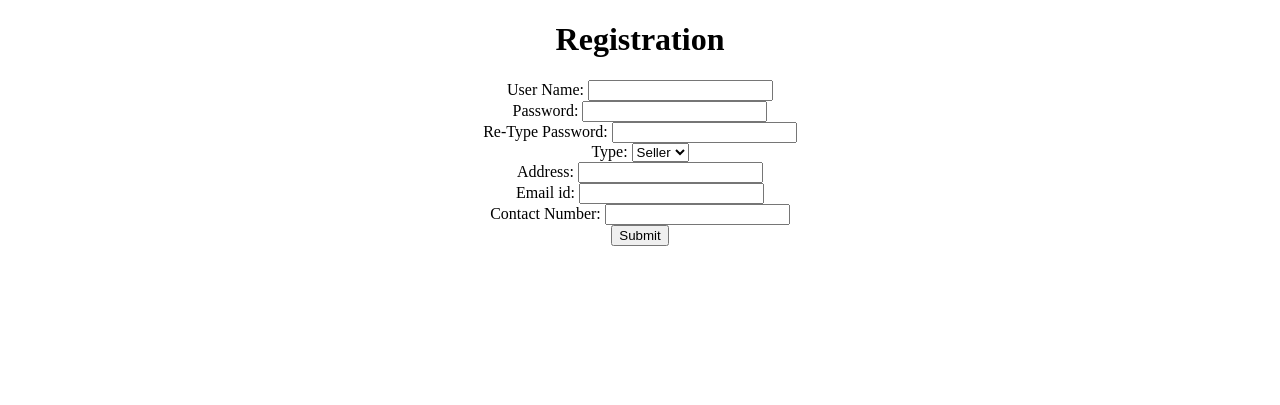
Repository: HariharanMiracle/CodeComplexity
Page: http://localhost/PAF/addProduct.jsp
An editor plug-in stored every save of this project. The page is shown before and after the next save, followed by the edit.
The browser window is 1280 px wide. The pictures show the whole page.
The page is served by Tomcat 9.

Above is the page before, as saved 2019-05-03 22:54:22.

After the next save:
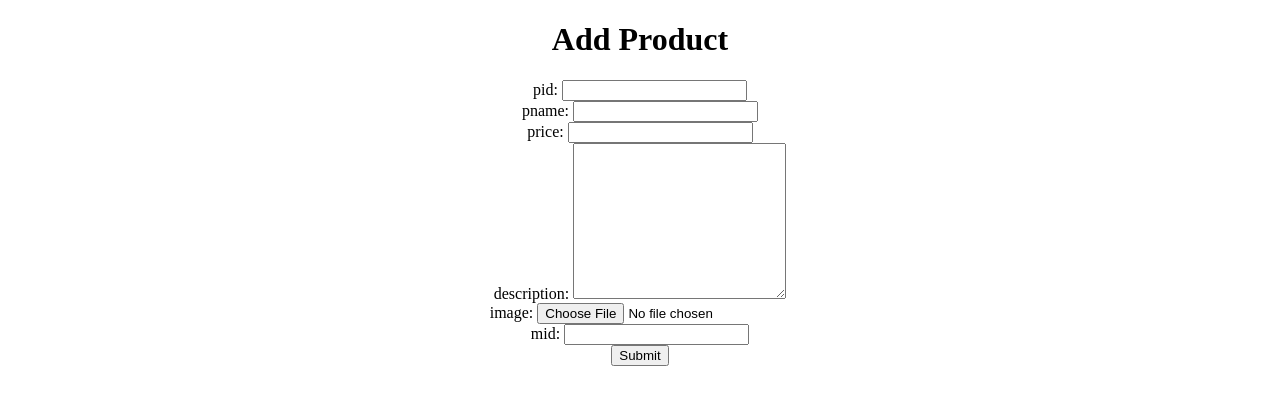
Saved 3 min 35 s later.
--- a/PAF/WebContent/addProduct.jsp
+++ b/PAF/WebContent/addProduct.jsp
@@ -7,19 +7,15 @@
 <title>Insert title here</title>
 </head>
 <body>
-				<form style = "text-align: center" action="entry/product/addProduct" method="POST" onsubmit="return checkPassword()">
-					<h1>Registration</h1>
-					<label>User Name:</label> <input type="text" name="name" required/><br/>
-					<label>Password:</label> <input type="password" name="password" id = "pw" required/><br/>
-					<label>Re-Type Password:</label> <input type="password" name="rpassword" id = "cpw" required/><br/>
-					<label>Type:</label>
-					<select name = "type">
-					  <option value="Seller">Seller</option>
-					  <option value="Buyer">Buyer</option>
-					</select><br/>
-					<label>Address:</label> <input type="text" name="add" required/><br/>
-					<label>Email id:</label> <input type="text" name="mail" required/><br/>
-					<label>Contact Number:</label> <input type="text" name="cno" required/><br/>
+				<form style = "text-align: center" action="entry/product/addProduct" method="POST">
+					<h1>Add Product</h1>
+					<label>pid:</label> <input type="text" name="pid" required/><br/>
+					<label>pname:</label> <input type="password" name="pname" required/><br/>
+					<label>price:</label> <input type="password" name="price" required/><br/>
+					<label>description:</label>
+					<textarea rows="10" cols="24" name = "description"></textarea><br/>
+					<label>image:</label> <input type="file" name="image" required/><br/>
+					<label>mid:</label> <input type="text" name="mid" required/><br/>
 					<input type="submit" value="Submit"/>
 				</form>
 </body>
